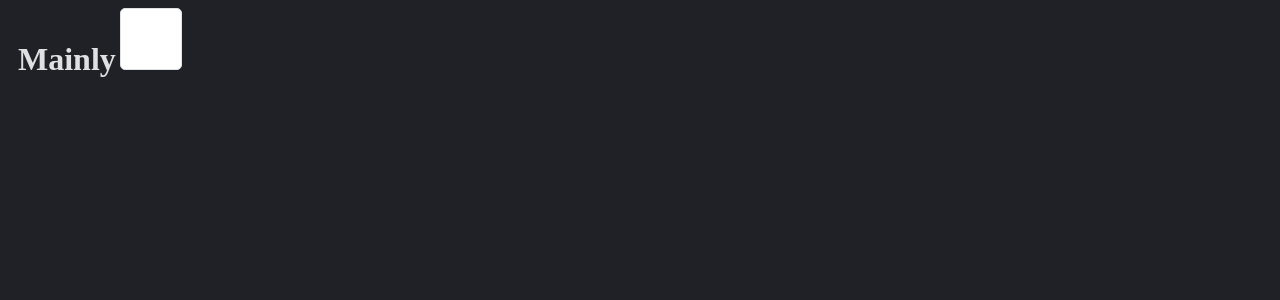
Repository: M1NARTY/WebProgramming
Page: feelLuck.html
An editor plug-in stored every save of this project. The page is shown before and after the next save, followed by the edit.
The browser window is 1280 px wide. The pictures show the whole page.

Above is the page before, as saved 2023-12-18 00:26:46.

After the next save:
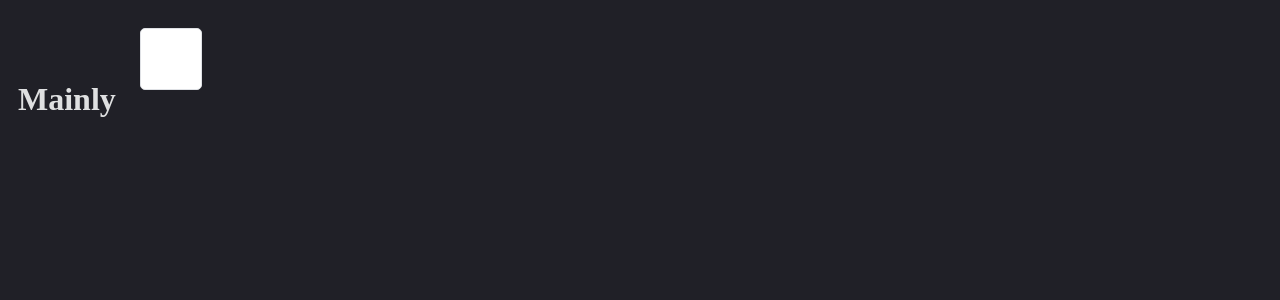
Saved 24 s later.
--- a/feelLuck.css
+++ b/feelLuck.css
@@ -6,7 +6,7 @@
 
 .box {
     display: inline-block;
-    margin : 0 auto;
+    margin: 20px;
     padding : 30px;
     border : 1px solid #DFE1E5;
     border-radius : 5px;
